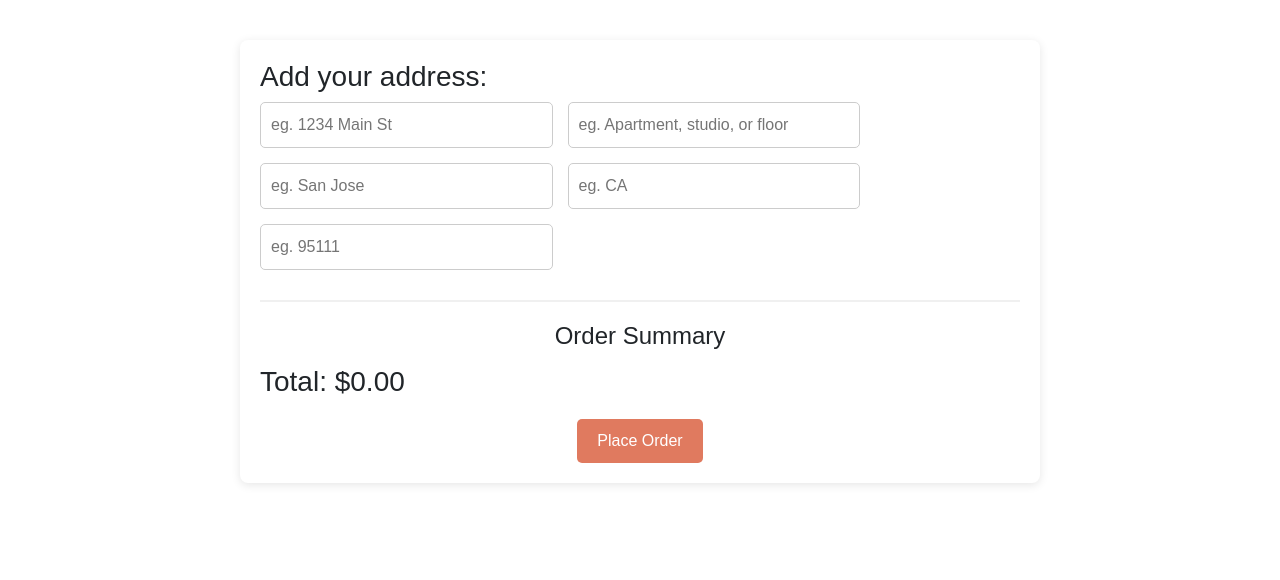
Repository: chelseajaculina/lab2-uber-eats
Page: /order (app in frontend/)
The author's editor kept a copy of each file at every save. The page is drawn from the files as they stood at one save, then again after the next save.
The browser window is 1280 px wide. The pictures show the whole page.
The page's requests for data from a server got no answer. The project was rebuilt for these pictures with package versions that can differ from the ones it lists, and the page was loaded fresh each time. No one was signed in, and anything a server would have sent is missing. Also part of the build but not shown: frontend/src/components/Home.css, frontend/src/components/Logout.css, frontend/src/components/Logout.js, frontend/src/components/CartModal.css, frontend/src/components/CartModal.js, frontend/src/components/NavBarHome.js, frontend/src/components/Home.js, frontend/src/components/CustomerSignUp.js and 25 more.

Above is the page before, as saved 2024-11-21 17:13:04.

After the next save:
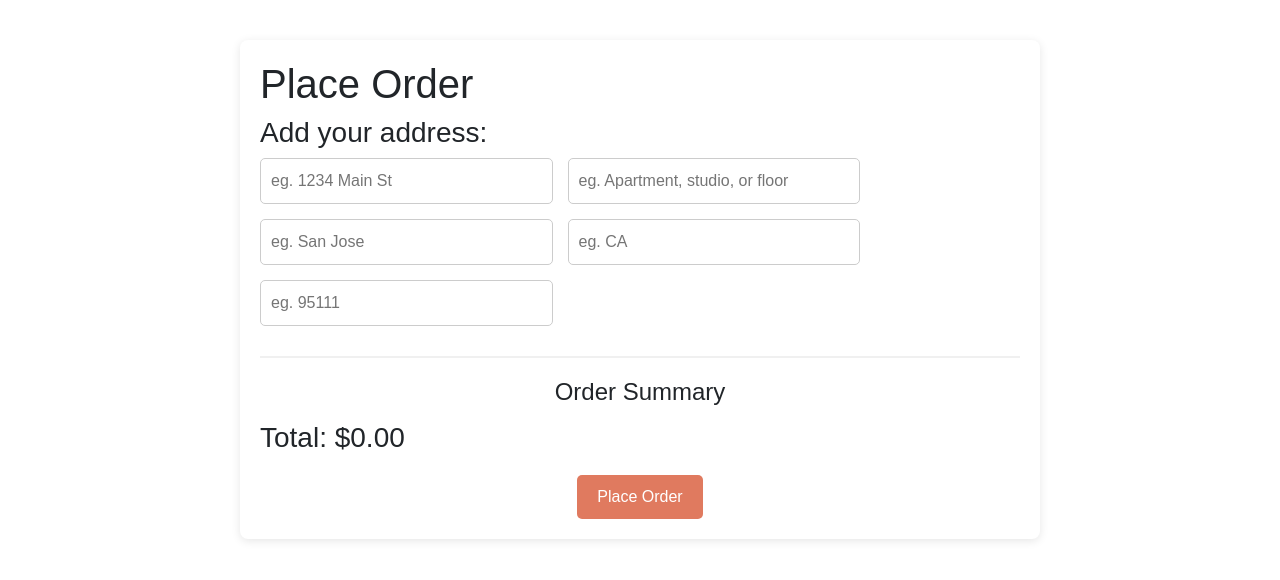
Saved 6 s later.
--- a/frontend/src/components/OrderPage.js
+++ b/frontend/src/components/OrderPage.js
@@ -49,7 +49,7 @@ const OrderPage = () => {
 
   return (
     <div className="order-page">
-
+      <h1>Place Order</h1>
       <h3>Add your address:</h3>
       <form className="new-address-form">
         <input type="text" name="street" placeholder="eg. 1234 Main St" />
